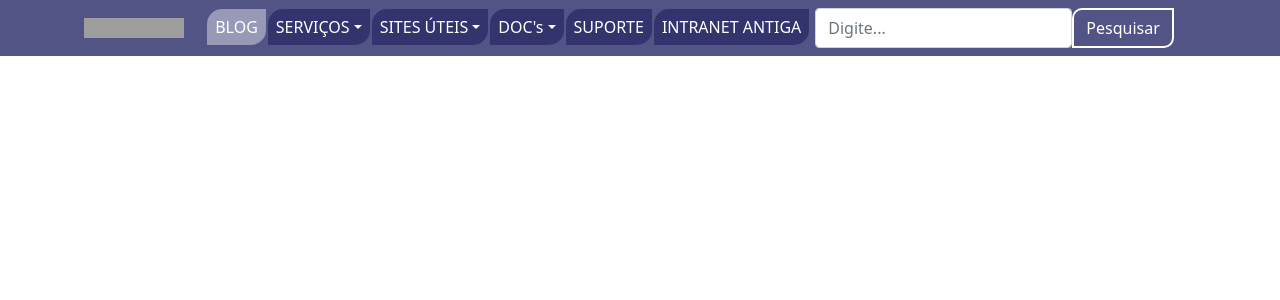
Repository: Leandromarim/INTRANET_PARTICULAR
Page: header.html
These files come from the project's save history. The page is drawn as it stood at one moment and after the next save; the edit follows.
The browser window is 1280 px wide. The pictures show the whole page.
The pointer rests on the first visible `nav .button`.
Pictures or frames that could not be fetched are drawn as grey boxes.

Above is the page before, as saved 2021-12-14 11:04:07.

### header.html
<head>
    <meta charset="UTF-8">
    <meta http-equiv="X-UA-Compatible" content="IE=edge" />
    <meta name="viewport" content="width=device-width, initial-scale=1.0" />
    <link rel="stylesheet" href="./assets/css/bootstrap-grid.css" />
    <link rel="stylesheet" href="./assets/css/bootstrap-grid.min.css" />
    <link rel="stylesheet" href="./assets/css/bootstrap.css" />
    <link rel="stylesheet" href="./assets/css/bootstrap.css" />
    <link rel="stylesheet" href="./assets/css/header.css" />
    <link rel="icon" href="./image/ico/ico_ha.ico" />
    <title>Intranet 2.0</title>
</head>
<nav class="navbar navbar-expand-lg navbar-dark bg navbar" aria-label="Tenth navbar example">
    <div class="container-fluid">
        <button class="navbar-toggler" type="button" data-bs-toggle="collapse" data-bs-target="#navbarsExample08" aria-controls="navbarsExample08" aria-expanded="false" aria-label="Toggle navigation">
        <span class="navbar-toggler-icon"></span>
        </button>
        <section class="collapse navbar-collapse justify-content-center secao-navbar" id="navbarsExample08">
            <section class="container-logo">
                <a href="index.html"><img class="logo" src="image/logo/Marca_horizontal_branca_fundo_transparente.png" href="index.html"></a>
            </section>
            <ul class="navbar-nav">

                <li class="nav-item">
                    <a class="nav-link active button" href="blog.html">BLOG</a>
                </li>
                <li class="nav-item dropdown">
                    <a class="nav-link dropdown-toggle active button" href="#" id="dropdown08" data-bs-toggle="dropdown" aria-expanded="false">SERVIÇOS</a>
                    <ul class="dropdown-menu" aria-labelledby="dropdown08">
                        <li><a class="dropdown-item item-link-nav" target="_self" href="">AVISO DE CIRURGIAS</a></li>
                        <li><a class="dropdown-item item-link-nav" target="_self" href="termos/cod_procedimento_amb.pdf">CÓDIGOS DE PROCEDIMENTOS AMBULATORIAIS</a></li>
                        <li><a class="dropdown-item item-link-nav" target="_self" href="termos/cod_procedimento_exame.pdf">CÓDIGOS DE PROCEDIMENTOS (EXAMES)</a></li>
                        <li><a class="dropdown-item item-link-nav" target="_self" href="termos/checklist_cirurgia.pdf">CHECK LIST DE SEGURANÇA CIRÚRGICA</a></li>
                        <li><a class="dropdown-item item-link-nav" target="_self" href="#">E-MAILS INSTITUCIONAIS</a></li>
                        <li><a class="dropdown-item item-link-nav" target="_self" href="termos/MD_03_RECP-Normas_institucionais.pdf">NORMAS INSTITUCIONAIS</a></li>
                        <li><a class="dropdown-item item-link-nav" target="_self" href="termos/recep_rm_ipasgo.pdf">RM - IPASGO</a></li>
                        <li><a class="dropdown-item item-link-nav" target="_self" href="termos/recep_tc_ipasgo.pdf">TC - IPASGO</a></li>
                        <li><a class="dropdown-item item-link-nav" target="_self" href="termos/recep_us_ipasgo.pdf">US - IPASGO</a></li>
                        <li><a class="dropdown-item item-link-nav" target="_self" href="termos/recep_rm_unimed.pdf">RM - UNIMED</a></li>
                        <li><a class="dropdown-item item-link-nav" target="_self" href="termos/recep_tc_unimed.pdf">TC - UNIMED</a></li>
                        <li><a class="dropdown-item item-link-nav" target="_self" href="termos/recep_us_unimed.pdf">US - UNIMED</a></li>
                        <li><a class="dropdown-item item-link-nav" target="_self" href="termos/termo_apt_para_apt.docx">TERMO DE APTO PARA APTO</a></li>
                        <li><a class="dropdown-item item-link-nav" target="_self" href="termos/termo_enf_para_apt.docx">TERMO DE ENF PARA APTO</a></li>
                        <li><a class="dropdown-item item-link-nav" target="_self" href="termos/termo-leito-uti.pdf">TERMO LEITO UTI</a></li>
                        <li><a class="dropdown-item item-link-nav" target="_blank" href="http://192.168.0.186/users/sign_in">TGA (SENHAS)</a></li>
                        <li><a class="dropdown-item item-link-nav" target="_self" href="#">SENHAS DE PLANOS DE SAÚDE</a></li>
                    </ul>
                </li>
                <li class="nav-item dropdown">
                    <a class="nav-link dropdown-toggle active button" href="#" id="dropdown08" data-bs-toggle="dropdown" aria-expanded="false">SITES ÚTEIS</a>
                    <ul class="dropdown-menu" aria-labelledby="dropdown08">
                        <li><a class="dropdown-item item-link-nav" target="_blank" href="https://health-analytics.ncisaude.com.br/">AHPACEG</a></li>
                        <li><a class="dropdown-item item-link-nav" href="covid19.html">COVID-19</a></li>
                        <li><a class="dropdown-item item-link-nav" target="_blank" href="https://secure.epimedmonitor.com/Login.aspx">EPIMED</a></li>
                        <li><a class="dropdown-item item-link-nav" target="_blank" href="https://www.pulsesaude.com.br/Autenticacao/Index?ReturnUrl=%2fDashboard">INGOH</a></li>
                        <li><a class="dropdown-item item-link-nav" target="_blank" href="https://mail.google.com/a/hospitaldeacidentados.com.br">GMAIL</a></li>
                        <li><a class="dropdown-item item-link-nav" target="_blank" href="http://www.goiania.go.gov.br/nfse/">NOTA FISCAL</a></li>
                        <li><a class="dropdown-item item-link-nav" target="_blank" href="https://orbis.neovero.com/login">ORBIS</a></li>
                        <li><a class="dropdown-item item-link-nav" target="_blank" href="https://regulacao.unimedgoiania.coop.br/#!/login">REGULAÇÃO MÉDICA</a></li>
                        <li><a class="dropdown-item item-link-nav" target="_blank" href="http://www.affegosaude.com.br:1515/affegosaude/solusweb_temp/prestador/index.php">AFFEGO SAÚDE</a></li>
                        <li><a class="dropdown-item item-link-nav" target="_blank" href="https://www.amil.com.br/institucional/#/">AMIL</a></li>
                        <li><a class="dropdown-item item-link-nav" target="_blank" href="https://www.bradescoseguros.com.br/clientes/produtos/plano-saude">BRADESCO SAÚDE</a></li>
                        <li><a class="dropdown-item item-link-nav" target="_blank" href="https://www.cassi.com.br/index.php?option=com_content&view=featured&Itemid=505">CASSI</a></li>
                        <li><a class="dropdown-item item-link-nav" target="_blank" href="https://portal.saudevivacom.com.br/as-vivacom/pp/">CELGMED</a></li>
                        <li><a class="dropdown-item item-link-nav" target="_blank" href="https://www.hapvida.com.br/pls/webhap/webNewProducaoMedica.Login">HAPVIDA</a></li>
                        <li><a class="dropdown-item item-link-nav" target="_blank" href="http://portalsistemas.ipasgo.go.gov.br/SAAT/login.asp">IPASGO PRESTADOR</a></li>
                        <li><a class="dropdown-item item-link-nav" target="_blank" href="http://www.ipasgo.go.gov.br">IPASGO SITE</a></li>
                        <li><a class="dropdown-item item-link-nav" target="_blank" href="http://portalsistemas.ipasgo.go.gov.br/GuiasNet/login.asp">IPASGO CLIENTE</a></li>
                        <li><a class="dropdown-item item-link-nav" target="_blank" href="https://portalsistemas.ipasgo.go.gov.br/saat/auditor/consulta_tipoprocedimento.asp">IPASGO CONSULTA DE PROCEDIMENTO</a></li>
                        <li><a class="dropdown-item item-link-nav" target="_blank" href="https://autorizador.unimedgoiania.coop.br/">UNIMED - AUTORIZADOR (COOP)</a></li>
                        <li><a class="dropdown-item item-link-nav" target="_blank" href="http://agendaonline.unimedgoiania.coop.br/GUI/PrincipalAOL.aspx">UNIMED AGENDA</a></li>
                        <li><a class="dropdown-item item-link-nav" target="_blank" href="https://saude.caixa.gov.br/AutorizadorPRD/login.aspx">SAÚDE CAIXA</a></li>
                        <li><a class="dropdown-item item-link-nav" target="_blank" href="https://autorizador.postalsaudeservicos.com.br/autorizadorpro/login.aspx">POSTAL SAÚDE (CORREIOS)</a></li>
                        <li><a class="dropdown-item item-link-nav" target="_blank" href="https://autorizador.postalsaudeservicos.com.br/autorizadorpro/login.aspx">SAÚDE PORTOMED (ITAÚ)</a></li>
                        <li><a class="dropdown-item item-link-nav" target="_blank" href="https://www.orizonbrasil.com.br/">ORIZON</a></li>
                    </ul>
                </li>
                <li class="nav-item dropdown">
                    <a class="nav-link dropdown-toggle active button" href="#" id="dropdown08" data-bs-toggle="dropdown" aria-expanded="false">DOC's</a>
                    <ul class="dropdown-menu" aria-labelledby="dropdown08">
                        <li><a class="dropdown-item item-link-nav" href="covid19.html">COVID-19</a></li>
                        <li><a class="dropdown-item item-link-nav" href="dex.html">DEX</a></li>
                        <li><a class="dropdown-item item-link-nav" href="dos.html">DOS</a></li>
                        <li><a class="dropdown-item item-link-nav" href="md.html">MD</a></li>
                        <li><a class="dropdown-item item-link-nav" href="pop.html">POP</a></li>
                        <li><a class="dropdown-item item-link-nav" href="reg.html">REG</a></li>
                    </ul>
                </li>
                <li class="nav-item">
                    <a class="nav-link active button" href="#">SUPORTE</a>
                </li>
                <li class="nav-item">
                    <a class="nav-link active button" href="intranet_antiga/intranet.hospitaldeacidentados.com.br/">INTRANET ANTIGA</a>
                </li>
                <form class="d-flex">
                    <input class="form-control mr-sm-2" type="search" placeholder="Digite..." aria-label="Search">
                    <button class="btn btn-success button-pesquisar" type="submit">Pesquisar</button>
                </form>
            </ul>
        </section>
    </div>
</nav>

### assets/css/header.css
nav.navbar {
    background-color: #525486;
    width: 100%;
    height: auto;
}

nav .button {
    background-color: #272863b7;
    border-radius: 15px 0 15px 0;
    padding: 6px;
    margin: 1px;
}

.container-logo {
    position: relative;
    display: flex;
    width: 100px;
    height: 20px;
    align-items: center;
    align-content: center;
    justify-content: center;
    justify-items: center;
    right: 150px;
}

section img.logo {
    position: relative;
    display: flex;
    height: 20px;
    width: 100px;
    left: 8rem;
}

nav div.secao-navbar {
    width: 100%;
    height: auto;
    justify-content: center;
    justify-items: center;
    align-items: center;
    align-content: center;
}

a.item-link-nav {
    display: flex;
    position: relative;
    justify-items: center;
    justify-content: center;
    align-items: center;
    align-content: center;
    color: #525486;
    background-color: #fff;
    padding: 5px;
    border-radius: 10px 0 10px 0;
}

a.item-link-nav:hover {
    color: #fff;
    background-color: #525486;
}

nav ul li a:hover {
    background-color: rgba(255, 255, 255, 0.404);
    color: black;
}

nav ul li a {
    position: relative;
    display: flex;
    align-items: center;
    align-content: center;
    justify-content: center;
    justify-items: center;
}

.d-flex {
    margin: 0 0 0 5px;
}

button.button-pesquisar{
    background-color: #525486;
    color: #fff;
    border: 2px solid #fff;
    border-radius: 10px 0 10px 0;
}

button.button-pesquisar:hover{
    background-color: #fff;
    color: #525486;
    border: 2px solid #525486;
    border-radius: 10px 0 10px 0;
}

Loaded but not shown: assets/css/bootstrap-grid.css (library); assets/css/bootstrap-grid.min.css (library); assets/css/bootstrap.css (library)

After the next save:
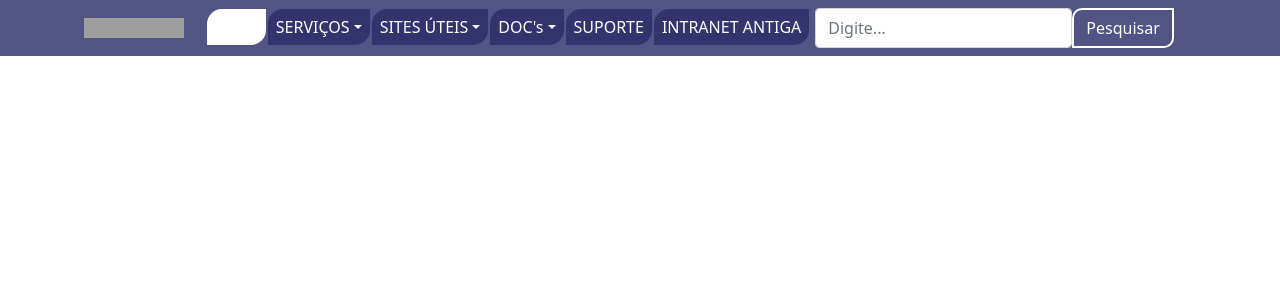
Saved 11 min 21 s later.
--- a/assets/css/header.css
+++ b/assets/css/header.css
@@ -11,6 +11,9 @@
     margin: 1px;
 }
 
+nav .button:hover{
+    background-color: #fff;
+}
 .container-logo {
     position: relative;
     display: flex;

After the 2 saves that followed:
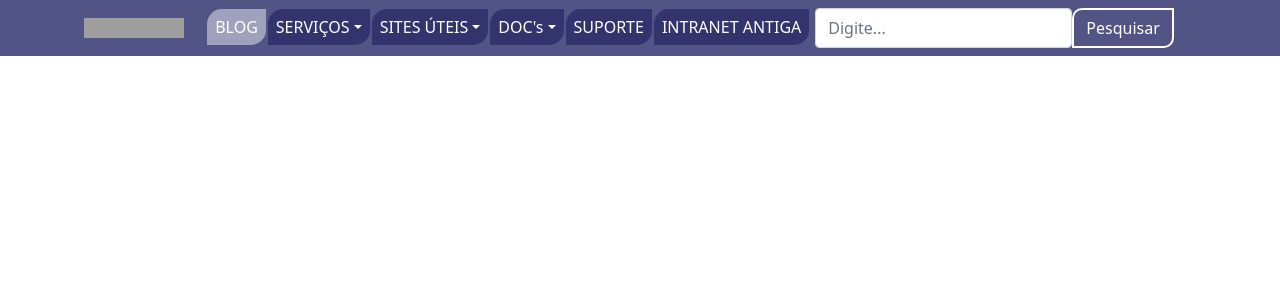
The 2 saves are shown as one change because 1 left the picture as it was.
The last was saved 45 s later.
--- a/assets/css/header.css
+++ b/assets/css/header.css
@@ -12,7 +12,8 @@
 }
 
 nav .button:hover{
-    background-color: #fff;
+    background-color: rgba(255, 255, 255, 0.452);
+    color: #525486;
 }
 .container-logo {
     position: relative;
